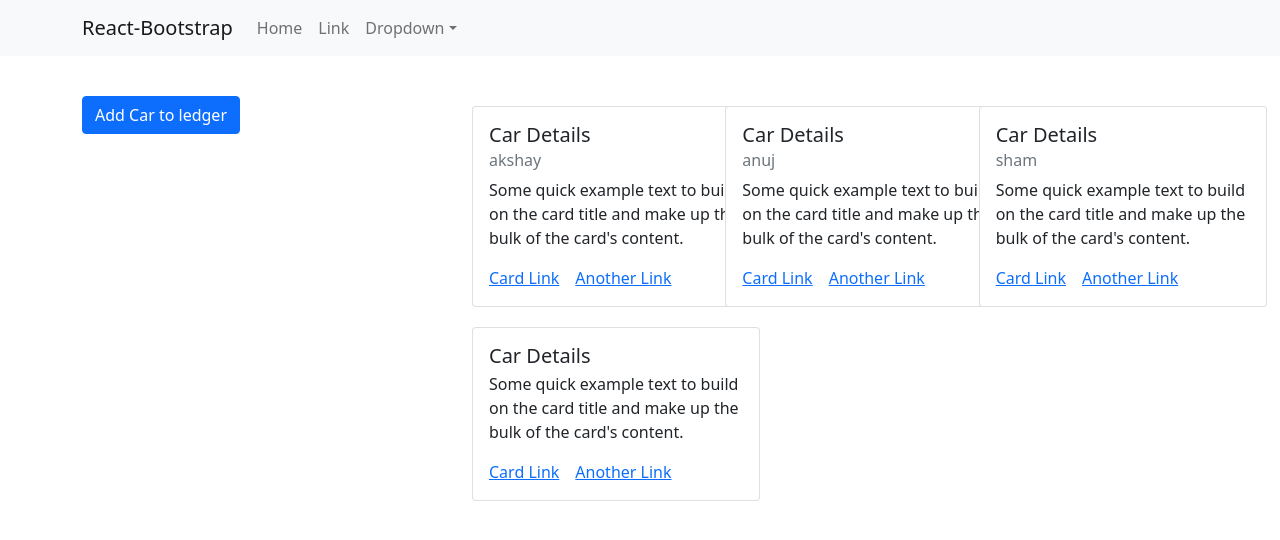
Repository: akshaykurhekar/hyperledger-asset-monetization-dapp
Page: / (app in fabcarWeb/new-ui/)
These files come from the project's save history. The page is drawn as it stood at one moment and after the next save; the edit follows.
The browser window is 1280 px wide. The pictures show the whole page.
The project was rebuilt for these pictures with package versions that can differ from the ones it lists, and the page was loaded fresh each time.

Above is the page before, as saved 2022-03-30 17:59:19.

### fabcarWeb/new-ui/src/index.js
import React from "react";
import ReactDOM from "react-dom/client";
import "./index.css";
import App from "./App";
import reportWebVitals from "./reportWebVitals";
import "bootstrap/dist/css/bootstrap.min.css";

// ReactDOM.render(
//   <React.StrictMode>
//     <App />
//   </React.StrictMode>,
//   document.getElementById('root')
// );

ReactDOM.createRoot(document.getElementById("root")).render(
  <React.StrictMode>
    <App />
  </React.StrictMode>
);

// If you want to start measuring performance in your app, pass a function
// to log results (for example: reportWebVitals(console.log))
// or send to an analytics endpoint. Learn more: https://bit.ly/CRA-vitals
reportWebVitals();

### fabcarWeb/new-ui/src/App.js
import Navbar from "./components/navbar";
import Card from "./components/card";
import Model from "./components/model";
import { Container, Row, Col } from "react-bootstrap";

function App() {
  const carList = [{ name: "akshay" }, { name: "anuj" }, { name: "sham" }];

  return (
    <>
      <Navbar />
      <Container>
        <Row style={{ paddingTop: "40px" }}>
          <Col sm={4}>
            <Model />
          </Col>
          <Col sm={8}>
            <Row>
              {carList.map((item, idx) => {
                return (
                  <Col sm={4}>
                    <Card key={idx} name={item.name} />
                  </Col>
                );
              })}
            </Row>
            <Card />
          </Col>
        </Row>
      </Container>
    </>
  );
}

export default App;

### fabcarWeb/new-ui/src/components/navbar.js
import React, { useState } from 'react';
import { Navbar,Container,Nav, NavDropdown } from 'react-bootstrap'

const NavbarComp = ()=>{


    return (
      <Navbar bg="light" expand="lg">
      <Container>
        <Navbar.Brand href="#home">React-Bootstrap</Navbar.Brand>
        <Navbar.Toggle aria-controls="basic-navbar-nav" />
        <Navbar.Collapse id="basic-navbar-nav">
          <Nav className="me-auto">
            <Nav.Link href="#home">Home</Nav.Link>
            <Nav.Link href="#link">Link</Nav.Link>
            <NavDropdown title="Dropdown" id="basic-nav-dropdown">
              <NavDropdown.Item href="#action/3.1">Action</NavDropdown.Item>
              <NavDropdown.Item href="#action/3.2">Another action</NavDropdown.Item>
              <NavDropdown.Item href="#action/3.3">Something</NavDropdown.Item>
              <NavDropdown.Divider />
              <NavDropdown.Item href="#action/3.4">Separated link</NavDropdown.Item>
            </NavDropdown>
          </Nav>
        </Navbar.Collapse>
      </Container>
    </Navbar>
    );
};

export default NavbarComp;

### fabcarWeb/new-ui/src/components/card.js
import React from 'react';
import {Card} from 'react-bootstrap'

const Cards = (props)=>{
    return (
        <Card style={{ width: '18rem',margin:'10px' }}>
            <Card.Body>
                <Card.Title>Car Details</Card.Title>
                <Card.Subtitle className="mb-2 text-muted">{props.name}</Card.Subtitle>
                <Card.Text>
                Some quick example text to build on the card title and make up the bulk of
                the card's content.
                </Card.Text>
                <Card.Link href="#">Card Link</Card.Link>
                <Card.Link href="#">Another Link</Card.Link>
            </Card.Body>
        </Card>
    );
};

export default Cards;

### fabcarWeb/new-ui/src/components/model.js
import React,{ useState} from 'react';
import { Button, Modal} from 'react-bootstrap'

const Model = ()=>{

    const [show, setShow] = useState(false);

  const handleClose = () => setShow(false);
  const handleShow = () => setShow(true);

    return (
       <>
      <Button variant="primary" onClick={handleShow}>
        Add Car to ledger
      </Button>

      <Modal show={show} onHide={handleClose}>
        <Modal.Header closeButton>
          <Modal.Title>Add Car</Modal.Title>
        </Modal.Header>
        <Modal.Body>

            </Modal.Body>
        <Modal.Footer>
          <Button variant="secondary" onClick={handleClose}>
            Close
          </Button>
          <Button variant="primary" onClick={handleClose}>
            Save
          </Button>
        </Modal.Footer>
      </Modal>
    </>
    );
};

export default Model;

Loaded but not shown: fabcarWeb/new-ui/public/index.html (common file); fabcarWeb/new-ui/src/reportWebVitals.js (common file); fabcarWeb/new-ui/src/index.css (no stored copy; drawn as an empty file)

After the next save:
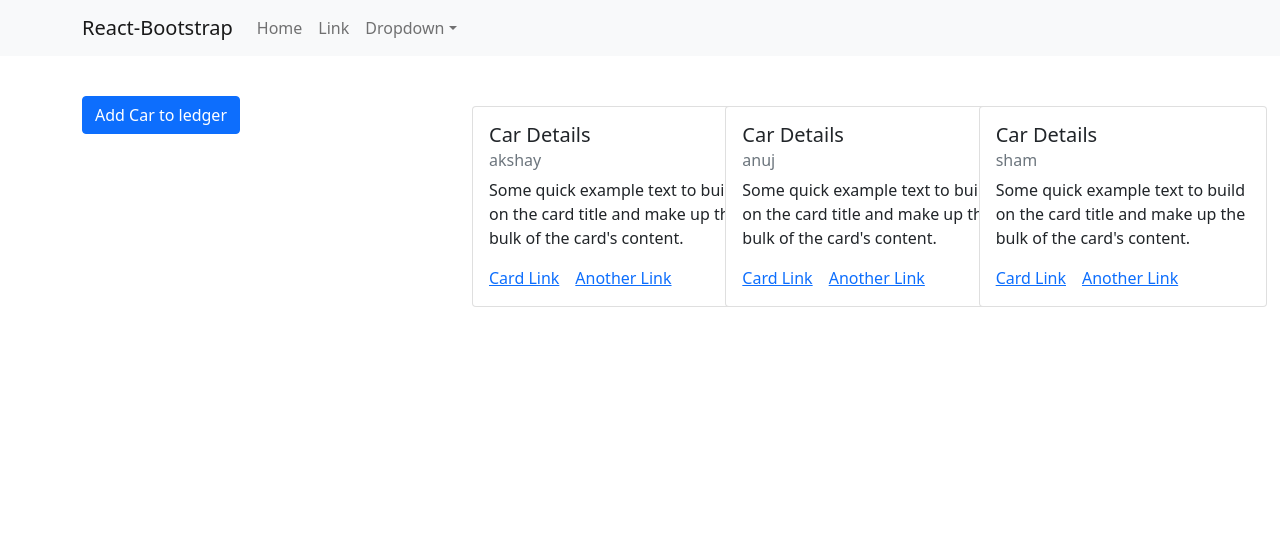
Saved 48 s later.
--- a/fabcarWeb/new-ui/src/App.js
+++ b/fabcarWeb/new-ui/src/App.js
@@ -24,7 +24,7 @@
                 );
               })}
             </Row>
-            <Card />
+
           </Col>
         </Row>
       </Container>
